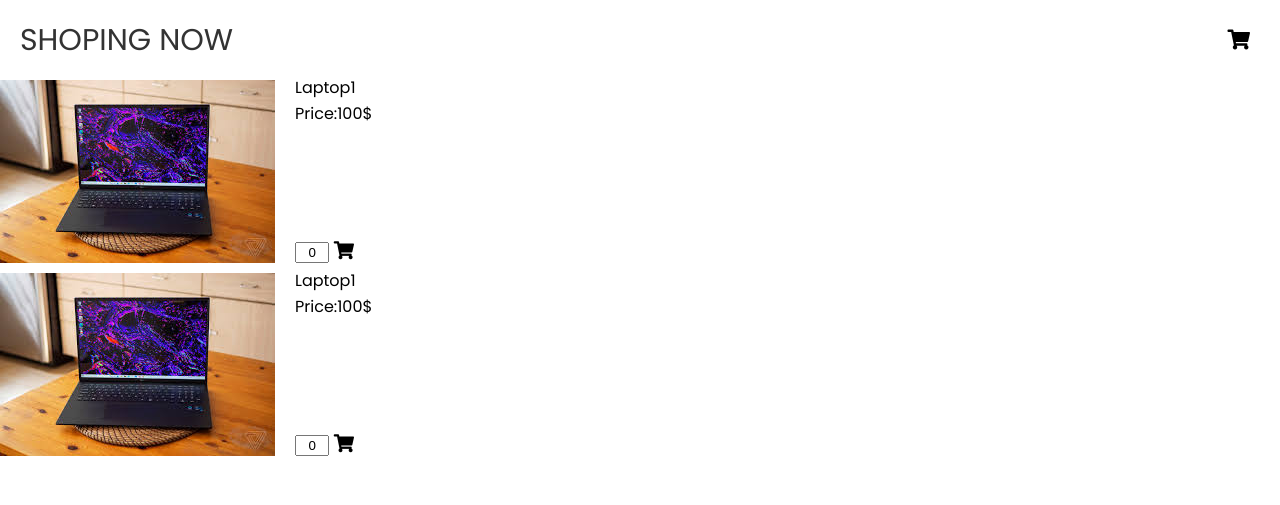
Repository: nttthao9/shopingcart
Page: index.html
An editor plug-in stored every save of this project. The page is shown before and after the next save, followed by the edit.
The browser window is 1280 px wide. The pictures show the whole page.
Some web libraries are served in a nearby version.

Above is the page before, as saved 2021-10-04 14:28:16.

After the next save:
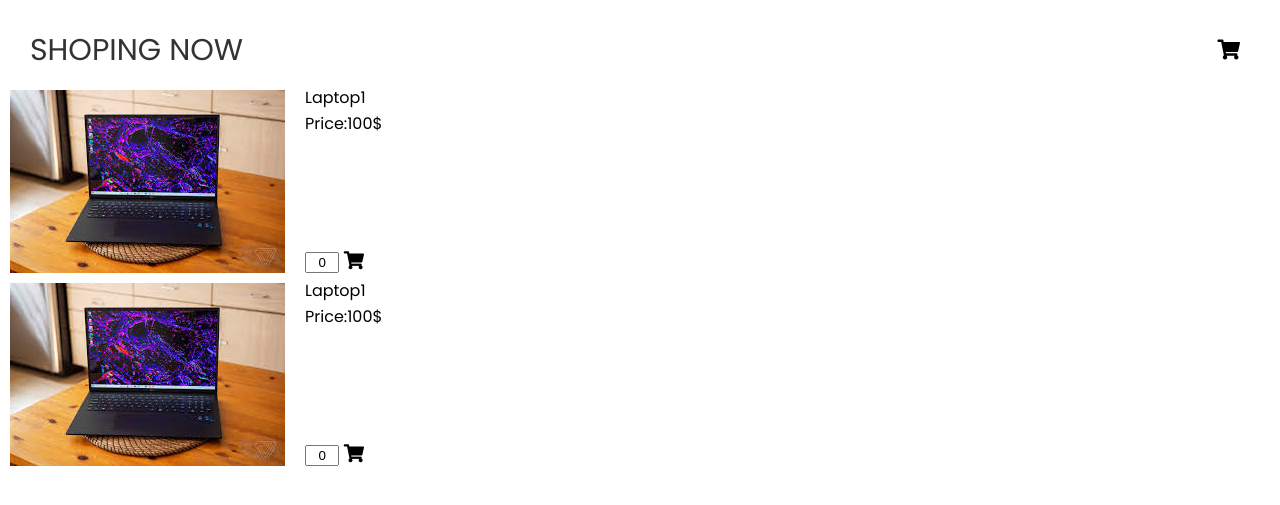
Saved 20 s later.
--- a/styles/style.css
+++ b/styles/style.css
@@ -16,6 +16,9 @@
   font-family: 'Poppins', sans-serif;
   line-height: 1;
   font-size: 1.6rem;
+}
+.shoping {
+  padding: 1rem;
 }
 .shoping-bar {
   display: flex;
